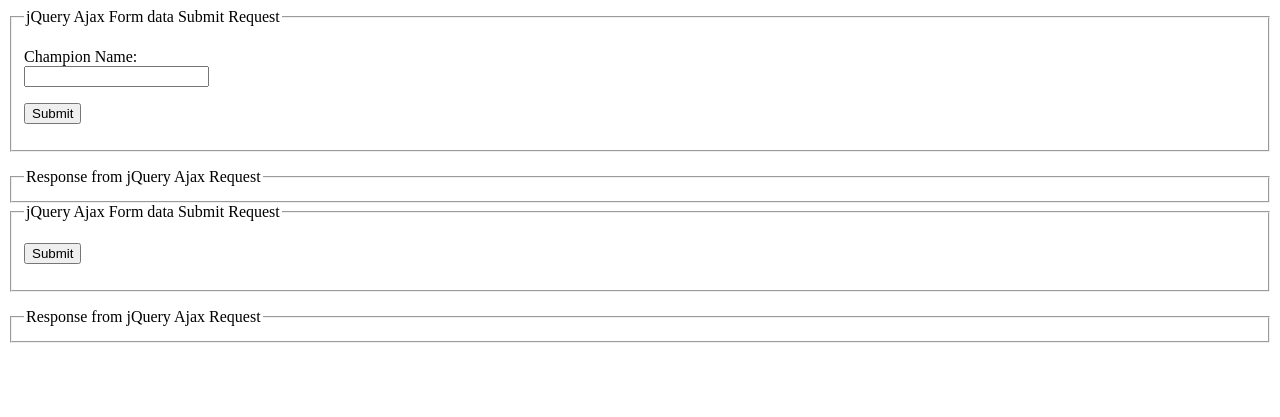
Repository: spencer-carver/lol-db
Page: LOLdb/war/index.html
The author's editor kept a copy of each file at every save. The page is drawn from the files as they stood at one save, then again after the next save.
The browser window is 1280 px wide. The pictures show the whole page.
The page's requests for data from a server got no answer. Some web libraries are served in a nearby version.

Above is the page before, as saved 2013-01-31 09:06:35.

### LOLdb/war/index.html
<html>
<head>
    <title>jQuery Ajax POST data Request and Response Example</title>

    <link href="http://ajax.googleapis.com/ajax/libs/jqueryui/1.8/themes/base/jquery-ui.css" rel="stylesheet" type="text/css" />

    <script src="http://ajax.googleapis.com/ajax/libs/jquery/1.7.2/jquery.js" type="text/javascript"></script>
    <script src="http://ajax.googleapis.com/ajax/libs/jqueryui/1.8/jquery-ui.min.js" type="text/javascript"></script>
    <script type="text/javascript" src="app.js"></script>

</head>
<body>

    <form id="myAjaxRequestForm">
        <fieldset>
            <legend>jQuery Ajax Form data Submit Request</legend>

                <p>
                    <label for="championName">Champion Name:</label><br />
                    <input id="championName" type="text" name="championName" />
                </p>
                <p>
                    <input id="myButton" type="button" value="Submit" />
                </p>
        </fieldset>
    </form>
    <div id="anotherSection">
        <fieldset>
            <legend>Response from jQuery Ajax Request</legend>
                 <div id="ajaxResponse"></div>
        </fieldset>
    </div>

     <form id="myAjaxRequestForm2">
        <fieldset>
            <legend>jQuery Ajax Form data Submit Request</legend>

                <p>
                	<div id="championDropdown"></div>
                </p>
                <p>
                    <input id="myButton2" type="button" value="Submit" />
                </p>
        </fieldset>
    </form>
    <div id="anotherSection2">
        <fieldset>
            <legend>Response from jQuery Ajax Request</legend>
                 <div id="ajaxResponse2"></div>
        </fieldset>
    </div>

</body>
</html>

### LOLdb/war/app.js
$(document).ready(function() {

    //Stops the submit request
    $("#myAjaxRequestForm").submit(function(e){
           e.preventDefault();
    });

    //checks for the button click event
    $("#myButton").click(function(e){

            //get the form data and then serialize that
            dataString = $("#myAjaxRequestForm").serialize();

            //get the form data using another method
            var championName = $("input#championName").val();
            dataString = "championName=" + championName;

            //make the AJAX request, dataType is set to json
            //meaning we are expecting JSON data in response from the server
            $.ajax({
                type: "POST",
                url: "ChampionInfo",
                data: dataString,
                dataType: "json",

                //if received a response from the server
                success: function( data, textStatus, jqXHR) {
                    //our country code was correct so we have some information to display
                     if(data.success){
                         $("#ajaxResponse").html("");
                         $("#ajaxResponse").append("<img src=\"" + data.championInfo.mImagePath + "\"></img><br/>");
                         $("#ajaxResponse").append("<b>Champion Name:</b> " + data.championInfo.mName + "<br/>");
                         $("#ajaxResponse").append("<b>Health:</b> " + data.championInfo.mHealth + "<br/>");
                         $("#ajaxResponse").append("<b>Health Per Level:</b> " + data.championInfo.mHealthPerLevel + "<br/>");
                         $("#ajaxResponse").append("<b>Health Regen:</b> " + data.championInfo.mHealthRegen + "<br/>");
                         $("#ajaxResponse").append("<b>Health Regen Per Level:</b> " + data.championInfo.mHealthRegenPerLevel + "<br/>");
                         $("#ajaxResponse").append("<b>Mana:</b> " + data.championInfo.mMana + "<br/>");
                         $("#ajaxResponse").append("<b>Mana Per Level:</b> " + data.championInfo.mManaPerLevel + "<br/>");
                         $("#ajaxResponse").append("<b>Mana Regen:</b> " + data.championInfo.mManaRegen + "<br/>");
                         $("#ajaxResponse").append("<b>Mana Regen Per Level:</b> " + data.championInfo.mManaRegenPerLevel + "<br/>");
                         $("#ajaxResponse").append("<b>Damage:</b> " + data.championInfo.mDamage + "<br/>");
                         $("#ajaxResponse").append("<b>Damage Per Level:</b> " + data.championInfo.mDamagePerLevel + "<br/>");
                         $("#ajaxResponse").append("<b>Attack Speed:</b> " + data.championInfo.mAttackSpeed + "<br/>");
                         $("#ajaxResponse").append("<b>Attack Speed Per Level:</b> " + data.championInfo.mAttackSpeedPerLevel + "<br/>");
                         $("#ajaxResponse").append("<b>Armor:</b> " + data.championInfo.mArmor + "<br/>");
                         $("#ajaxResponse").append("<b>Armor Per Level:</b> " + data.championInfo.mArmorPerLevel + "<br/>");
                         $("#ajaxResponse").append("<b>Magic Resist:</b> " + data.championInfo.mMagicResist + "<br/>");
                         $("#ajaxResponse").append("<b>Magic Resist Per Level:</b> " + data.championInfo.mMagicResistPerLevel + "<br/>");
                         $("#ajaxResponse").append("<b>Movement Speed:</b> " + data.championInfo.mMoveSpeed + "<br/>");
                         $("#ajaxResponse").append("<b>Attack Range:</b> " + data.championInfo.mAttackRange+ "<br/>");
                     }
                     //display error message
                     else {
                         $("#ajaxResponse").html("<div><b>Champion Name is Invalid!</b></div>");
                     }
                },

                //If there was no resonse from the server
                error: function(jqXHR, textStatus, errorThrown){
                     console.log("Something really bad happened " + textStatus);
                      $("#ajaxResponse").html(jqXHR.responseText);
                },

                //capture the request before it was sent to server
                beforeSend: function(jqXHR, settings){
                    //adding some Dummy data to the request
                    settings.data += "&dummyData=whatever";
                    //disable the button until we get the response
                    $('#myButton').attr("disabled", true);
                },

                //this is called after the response or error functions are finsihed
                //so that we can take some action
                complete: function(jqXHR, textStatus){
                    //enable the button
                    $('#myButton').attr("disabled", false);
                }

            });
    });

  //get the form data and then serialize that
    dataString = $("#myAjaxRequestForm2").serialize();

    //get the form data using another method
    var championName = "ahri";
    dataString = "championName=" + championName;

    //make the AJAX request, dataType is set to json
    //meaning we are expecting JSON data in response from the server
    $.ajax({
        type: "POST",
        url: "ChampionNames",
        data: dataString,
        dataType: "json",

        //if received a response from the server
        success: function( data, textStatus, jqXHR) {
            //our country code was correct so we have some information to display
             if(data.success){
                 $("#ajaxResponse2").html("");
                 $("#ajaxResponse2").append(data.championNames+"</br>");
                 $("#ajaxResponse2").append("<select name=\"champion_select\">");
                 $("#ajaxResponse2").append("<option>" + data.championNames + "</option>");
             	 $("#ajaxResponse2").append("</select>");
             }
             //display error message
             else {
                 $("#ajaxResponse2").html("<div><b>Champion Name is Invalid!</b></div>");
             }
        },

        //If there was no resonse from the server
        error: function(jqXHR, textStatus, errorThrown){
             console.log("Something really bad happened " + textStatus);
              $("#ajaxResponse2").html(jqXHR.responseText);
        },

        //capture the request before it was sent to server
        beforeSend: function(jqXHR, settings){
            //adding some Dummy data to the request
            settings.data += "&dummyData=whatever";
            //disable the button until we get the response
            $('#myButton2').attr("disabled", true);
        },

        //this is called after the response or error functions are finsihed
        //so that we can take some action
        complete: function(jqXHR, textStatus){
            //enable the button
            $('#myButton2').attr("disabled", false);
        }

    });

});

After the next save:
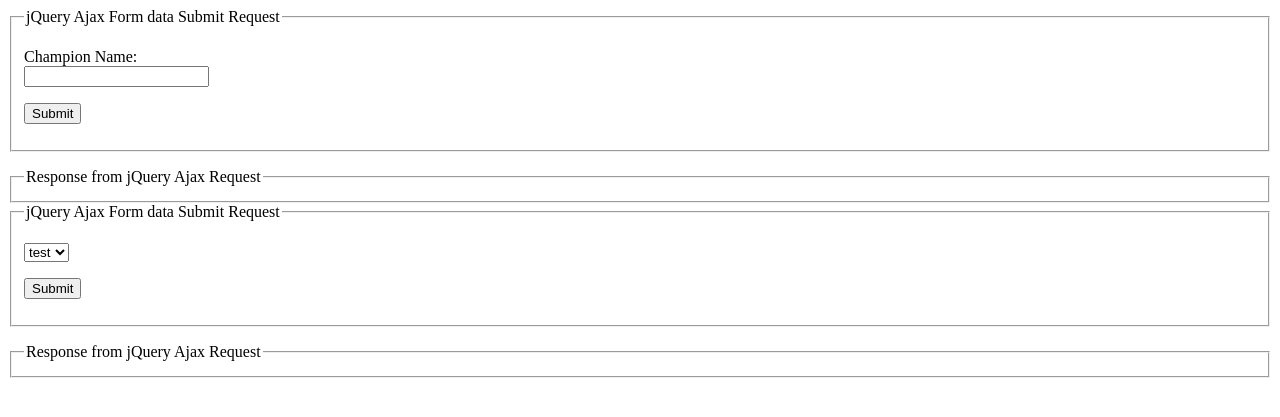
Saved 91 s later.
--- a/LOLdb/war/index.html
+++ b/LOLdb/war/index.html
@@ -37,6 +37,7 @@
 
                 <p>
                 	<div id="championDropdown"></div>
+                	<select><option>test</option><option>bag</option></select>
                 </p>
                 <p>
                     <input id="myButton2" type="button" value="Submit" />
